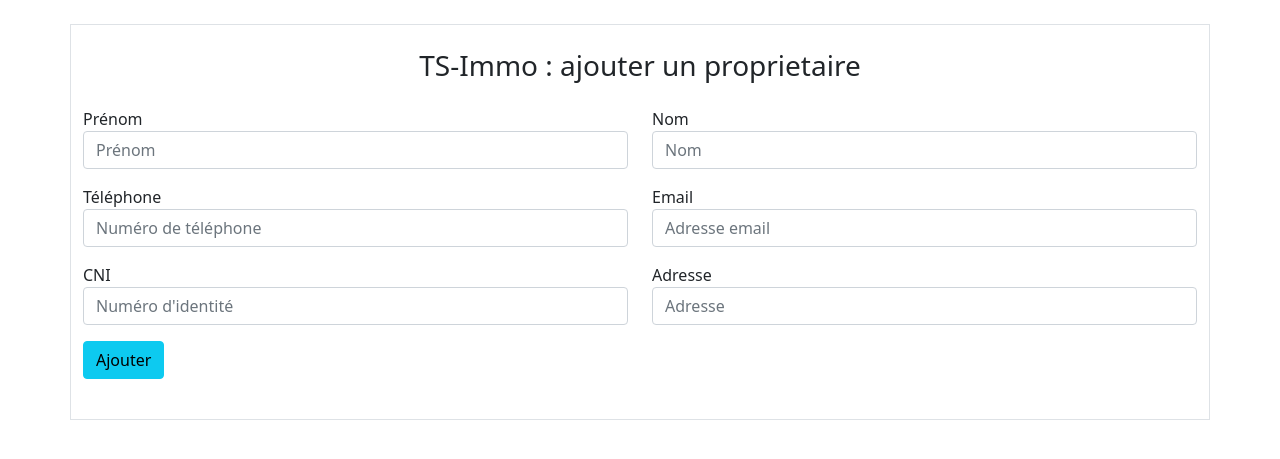
Repository: saliou-t/TS-IMMO
Page: http://localhost/src/views/proprietaire/new.html.php
The author's editor kept a copy of each file at every save. The page is drawn from the files as they stood at one save, then again after a run of saves.
The browser window is 1280 px wide. The pictures show the whole page.
The page is run by PHP 8.4 with error messages shown; the project is at /var/www/html/.

Above is the page before, as saved 2022-04-03 14:46:44.

### src/views/proprietaire/new.html.php
<!DOCTYPE html>
<html lang="en">
<head>
    <meta charset="UTF-8">
    <meta http-equiv="X-UA-Compatible" content="IE=edge">
    <meta name="viewport" content="width=device-width, initial-scale=1.0">
    <link href="https://cdn.jsdelivr.net/npm/bootstrap@5.1.3/dist/css/bootstrap.min.css" rel="stylesheet" integrity="sha384-1BmE4kWBq78iYhFldvKuhfTAU6auU8tT94WrHftjDbrCEXSU1oBoqyl2QvZ6jIW3" crossorigin="anonymous">
    <title>Ajouter Proprietaire</title>

</head>
<body>

<div class="container jumbotron">
    <div class="row border py-4 my-4">
        <h3 class="text-center ">TS-Immo : ajouter un proprietaire</h3>
        <form action="" methode="POST">
            <div class="row my-3">
                <div class="col">
                    <label for="Prénom">Prénom</label>
                    <input class="form-control" name ="prenom" type="text" placeholder="Prénom">
                </div>
                <div class="col">
                    <label for="nom">Nom</label>
                    <input class="form-control" name="nom" type="text" placeholder="Nom">
                </div>
            </div>
            <div class="row my-3">
                <div class="col">
                    <label for="telephone">Téléphone</label>
                    <input class="form-control" name="telephone" type="text" placeholder="Numéro de téléphone">
                </div>
                <div class="col">
                    <label for="email">Email</label>
                    <input class="form-control" name="email" type="text" placeholder="Adresse email">
                </div>
            </div>
            <div class="row">
                <div class="col">
                    <label for="cni">CNI</label>
                    <input class="form-control" name="CNI" type="text" placeholder="Numéro d'identité">
                </div>
                <div class="col">
                    <label for="adresse">Adresse</label>
                    <input class="form-control" name="adresse" type="text" placeholder="Adresse">
                </div>
            </div>
            <div class="row my-3">
                <div class="col ">
                    <div class="btn btn-info mx-auto">Ajouter</div>
                </div>
            </div>
        </form>
    </div>
</div>
</body>
</html>

After the next 2 saves:
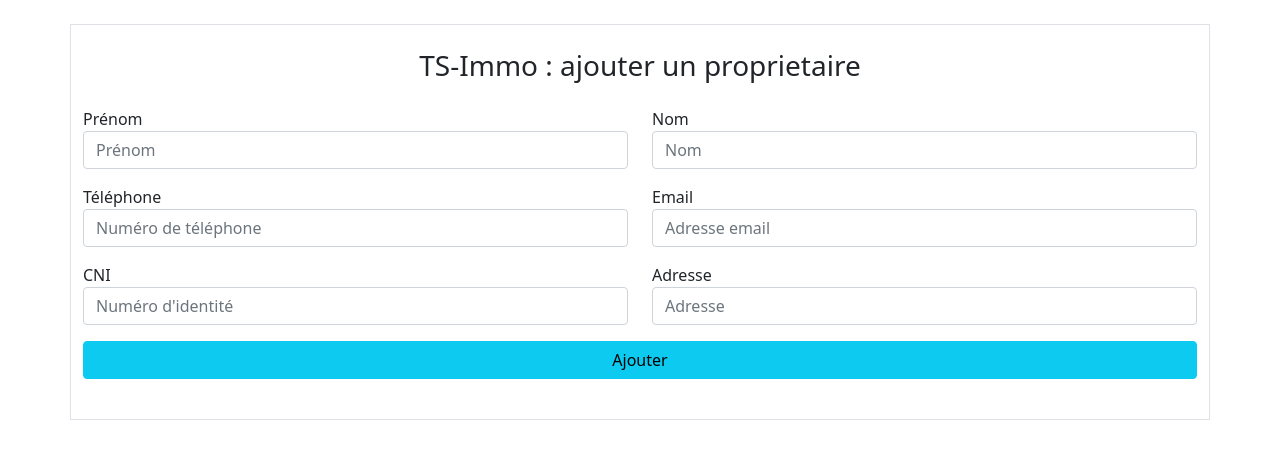
The 2 saves are shown as one change because they came seconds apart.
The last was saved 9 s later.
--- a/src/views/proprietaire/new.html.php
+++ b/src/views/proprietaire/new.html.php
@@ -46,7 +46,7 @@
             </div>
             <div class="row my-3">
                 <div class="col ">
-                    <div class="btn btn-info mx-auto">Ajouter</div>
+                    <div class="btn btn-info mx-auto w-100">Ajouter</div>
                 </div>
             </div>
         </form>
